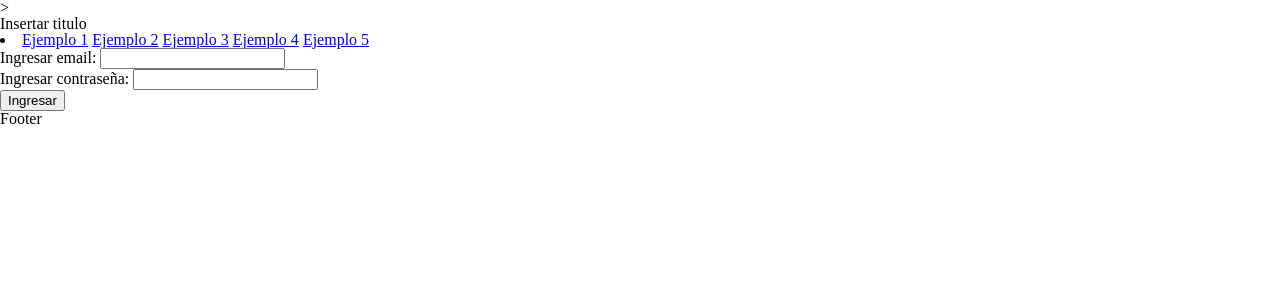
Repository: FacundoKinderknecht/Parcial-2-LPPA
Page: login/login.html
These files come from the project's save history. The page is drawn as it stood at one moment and after the next save; the edit follows.
The browser window is 1280 px wide. The pictures show the whole page.

Above is the page before, as saved 2022-07-06 10:16:34.

After the next save:
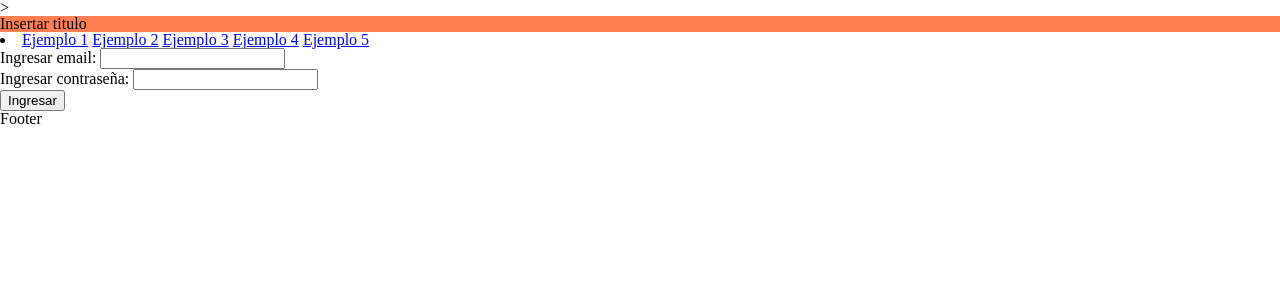
Saved 9 s later.
--- a/login/login.css
+++ b/login/login.css
@@ -1,4 +1,4 @@
-.header{
+header{
     background-color: coral;
     width: 100%;
 }
